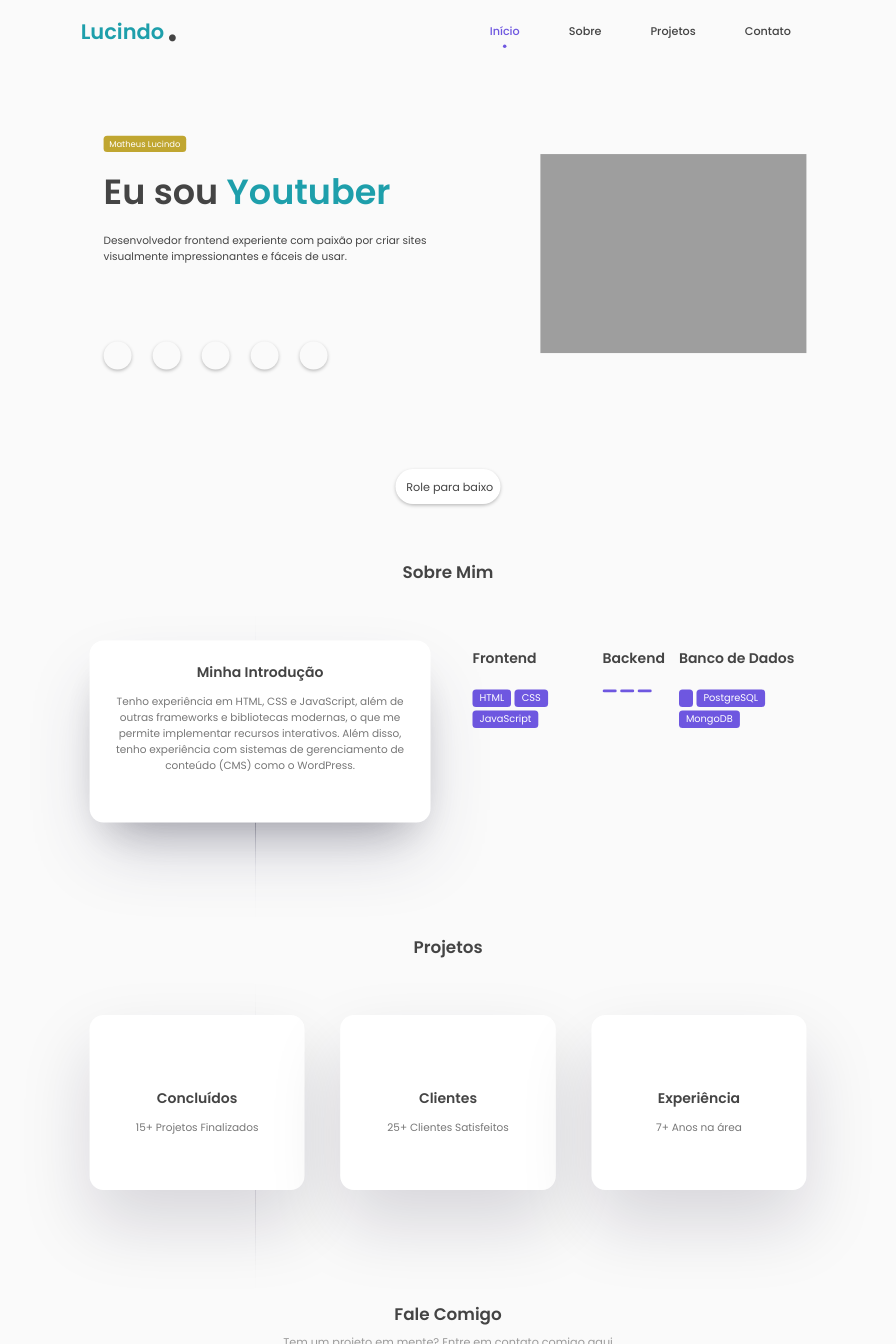
Repository: Matheus904-12/PrePortf
Page: index.html
The author's editor kept a copy of each file at every save. The page is drawn from the files as they stood at one save, then again after the next save.
The browser window is 1280 px wide. The pictures show the part of the page from y = 0 to 1920 px (the page is 2790 px tall), at 70% of full size.
Pictures or frames that could not be fetched are drawn as grey boxes. Some icons come from a web library that is not loaded, so they are not drawn.

Above is the page before, as saved 2023-09-29 10:54:24.

### index.html
<!DOCTYPE html>
<html lang="pt-br">

<head>
    <meta charset="UTF-8">
    <meta name="viewport" content="width=device-width, initial-scale=1.0">

    <!-- UNICONS -->
    <link rel="stylesheet" href="https://unicons.iconscout.com/release/v4.0.8/css/line.css">
    <!-- CSS -->
    <link rel="stylesheet" href="style.css">
    <!-- Adicionar favicon -->
    <link rel="shortcut icon" href="assets/images/favicon.png" type="image/x-icon">

    <title>Portfólio | Codingdev</title>
</head>

<body>
    <div class="container">
        <!-- --------------- CABEÇALHO --------------- -->
        <nav id="header">
            <div class="nav-logo">
                <p class="nav-name">Lucindo</p>
                <span>.</span>
            </div>
            <div class="nav-menu" id="myNavMenu">
                <ul class="nav_menu_list">
                    <li class="nav_list">
                        <a href="#home" class="nav-link active-link">Início</a>
                        <div class="circle"></div>
                    </li>
                    <li class="nav_list">
                        <a href="#about" class="nav-link">Sobre</a>
                        <div class="circle"></div>
                    </li>
                    <li class="nav_list">
                        <a href="#projects" class="nav-link">Projetos</a>
                        <div class="circle"></div>
                    </li>
                    <li class="nav_list">
                        <a href="#contact" class="nav-link">Contato</a>
                        <div class="circle"></div>
                    </li>
                </ul>
            </div>
            <div class="nav-menu-btn">
                <i class="uil uil-bars" onclick="myMenuFunction()"></i>
            </div>
        </nav>


        <!-- -------------- PRINCIPAL ---------------- -->
        <main class="wrapper">
            <!-- -------------- DESTAQUE ---------------- -->
            <section class="featured-box" id="home">
                <div class="featured-text">
                    <div class="featured-text-card">
                        <span>Matheus Lucindo</span>
                    </div>
                    <div class="featured-name">
                        <p>Eu sou <span class="typedText"></span></p>
                    </div>
                    <div class="featured-text-info">
                        <p>Desenvolvedor frontend experiente com paixão por criar sites visualmente
                            impressionantes e fáceis de usar.
                        </p>
                    </div>

                    <div class="social_icons">
                        <div class="icon"><i class="uil uil-instagram"></i></div>
                        <div class="icon"><i class="uil uil-linkedin-alt"></i></div>
                        <div class="icon"><i class="uil uil-twitter"></i></div>
                        <div class="icon"><i class="uil uil-github-alt"></i></div>
                        <div class="icon"><i class="uil uil-figma"></i></div> <!-- Adicionado ícone do Figma -->
                    </div>
                </div>
                <div class="featured-image">
                    <div class="image">
                        <img src="./perfil.png" alt="avatar">
                    </div>
                </div>
                <div class="scroll-icon-box">
                    <a href="#about" class="scroll-btn">
                        <i class="uil uil-mouse-alt"></i>
                        <p>Role para baixo</p>
                    </a>
                </div>

            </section>
            <!-- -------------- SOBRE ---------------- -->
            <section class="section" id="about">
                <div class="top-header">
                    <h1>Sobre Mim</h1>
                </div>
                <div class="row">
                    <div class="col">
                        <div class="about-info">
                            <h3>Minha Introdução</h3>
                            <p>Tenho experiência em HTML, CSS e JavaScript, além de outras frameworks e bibliotecas
                                modernas, o que me permite implementar recursos interativos. Além disso, tenho
                                experiência com sistemas de gerenciamento de conteúdo (CMS) como o WordPress.
                            </p>
                        </div>
                    </div>
                    <div class="col">
                        <div class="skills-box">
                            <div class="skills-header">
                                <h3>Frontend</h3>
                            </div>
                            <div class="skills-list">
                                <span>HTML</span>
                                <span>CSS</span>
                                <span>JavaScript</span>
                            </div>
                        </div>



                        <div class="skills-box">
                            <div class="skills-header">
                                <h3>Backend</h3>
                            </div>
                            <div class="skills-list">
                                <span></span>
                                <span></span>
                                <span></span>
                            </div>
                        </div>
                        <div class="skills-box">
                            <div class="skills-header">
                                <h3>Banco de Dados</h3>
                            </div>
                            <div class="skills-list">
                                <span></span>
                                <span>PostgreSQL</span>
                                <span>MongoDB</span>
                            </div>
                        </div>
                    </div>
                </div>
            </section>

            <!-- -------------- PROJETOS ---------------- -->

            <section class="section" id="projects">
                <div class="top-header">
                    <h1>Projetos</h1>
                </div>
                <div class="project-container">
                    <div class="project-box">
                        <i class="uil uil-briefcase-alt"></i>
                        <h3>Concluídos</h3>
                        <label>15+ Projetos Finalizados</label>
                    </div>
                    <div class="project-box">
                        <i class="uil uil-users-alt"></i>
                        <h3>Clientes</h3>
                        <label>25+ Clientes Satisfeitos</label>
                    </div>
                    <div class="project-box">
                        <i class="uil uil-award"></i>
                        <h3>Experiência</h3>
                        <label>7+ Anos na área</label>
                    </div>
                </div>
            </section>

            <!-- -------------- CONTATO ---------------- -->

            <section class="section" id="contact">
                <div class="top-header">
                    <h1>Fale Comigo</h1>
                    <span>Tem um projeto em mente? Entre em contato comigo aqui</span>
                </div>
                <div class="row">
                    <div class="col">
                        <div class="contact-info">
                            <h2>Me Encontre <i class="uil uil-corner-right-down"></i></h2>
                            <p><i class="uil uil-envelope"></i> Email: joao@doe.com</p>
                            <p><i class="uil uil-phone"></i> +55 11 91234-5678</p>
                        </div>
                    </div>
                    <div class="col">
                        <div class="form-control">
                            <div class="form-inputs">
                                <input type="text" class="input-field" placeholder="Nome">
                                <input type="text" class="input-field" placeholder="Email">
                            </div>
                            <div class="text-area">
                                <textarea placeholder="Mensagem"></textarea>
                            </div>
                            <div class="form-button">
                                <button class="btn">Enviar <i class="uil uil-message"></i></button>
                            </div>
                        </div>
                    </div>
                </div>
            </section>

        </main>


        <!-- --------------- RODAPÉ --------------- -->
        <footer>
            <div class="top-footer">
                <p>João Doe .</p>
            </div>
            <div class="middle-footer">
                <ul class="footer-menu">
                    <li class="footer_menu_list">
                        <a href="#home">Início</a>
                    </li>
                    <li class="footer_menu_list">
                        <a href="#about">Sobre</a>
                    </li>
                    <li class="footer_menu_list">
                        <a href="#projects">Projetos</a>
                    </li>
                    <li class="footer_menu_list">
                        <a href="#contact">Contato</a>
                    </li>
                </ul>
            </div>
            <div class="footer-social-icons">
                <div class="icon"><i class="uil uil-instagram"></i></div>
                <div class="icon"><i class="uil uil-linkedin-alt"></i></div>
                <div class="icon"><i class="uil uil-twitter"></i></div>
                <div class="icon"><i class="uil uil-github-alt"></i></div>
                <div class="icon"><i class="uil uil-figma"></i></div> <!-- Adicionado ícone do Figma -->
            </div>
            <div class="bottom-footer">
                <p>Direitos Autorais &copy; <a href="#home" style="text-decoration: none;">João Doe</a> - Todos os direitos
                    reservados
                </p>
            </div>
        </footer>

    </div>

    <!-- ----- TYPING JS Link ----- -->
    <script src="https://unpkg.com/typed.js@2.0.16/dist/typed.umd.js"></script>

    <!-- ----- SCROLL REVEAL JS Link----- -->
    <script src="https://unpkg.com/scrollreveal"></script>

    <!-- ----- MAIN JS ----- -->
    <script src="./script.js"></script>
</body>

</html>

### style.css
/* ----- POPPINS FONT Link ----- */
@import url('https://fonts.googleapis.com/css2?family=Poppins:wght@400;500;600;700&display=swap');

/* ----- VARIABLES ----- */
:root{
    --body-color: rgb(250, 250, 250);
    --color-white: rgb(255, 255, 255);

    --text-color-second: rgb(68, 68, 68);
    --text-color-third: rgb(30, 159, 171);

    --first-color: rgb(110, 87, 224);
    --first-color-hover: rgb(40, 91, 212);

    --second-color: rgb(110, 87, 224);
    --third-color: rgb(192, 166, 49);
    --first-shadow-color: rgba(0, 0, 0, 0.1);

}

/* ----- BASE ----- */
*{
    margin: 0;
    padding: 0;
    box-sizing: border-box;
    font-family: 'Poppins', sans-serif;
}

/* ----- SMOOTH SCROLL ----- */
html{
    scroll-behavior: smooth;
}

/* ----- CHANGE THE SCROLL BAR DESIGN ----- */
::-webkit-scrollbar{
    width: 10px;
    border-radius: 25px;
}
::-webkit-scrollbar-track{
    background: #f1f1f1;
}
::-webkit-scrollbar-thumb{
    background: #ccc;
    border-radius: 30px;
}
::-webkit-scrollbar-thumb:hover{
    background: #bbb;
}


/* ---##-- REUSABLE CSS --##--- */

/* ----- GLOBAL BUTTON DESIGN ----- */
.btn{
    font-weight: 500;
    padding: 12px 20px;
    background: #efefef;
    border: none;
    border-radius: 10px;
    cursor: pointer;
    transition: .4s;
}
.btn>i{
    margin-left: 10px;
}
.btn:hover{
    background: var(--second-color);
    color: var(--color-white);
}

/* ----- GLOBAL ICONS DESIGN ----- */
i{
    font-size: 16px;
}

/* ------- BASE -------- */
body{
    background: var(--body-color);
}
.container{
    width: 100%;
    position: relative;
    overflow-x: hidden; /* not mandatory */
}

/* ----- NAVIGATION BAR ----- */
nav{
    position: fixed;
    display: flex;
    justify-content: space-between;
    width: 100%;
    height: 90px;
    line-height: 90px;
    background: var(--body-color);
    padding-inline: 9vw;
    transition: .3s;
    z-index: 100;
}
.nav-logo{
   position: relative;
}
.nav-name{
    font-size: 30px;
    font-weight: 600;
    color: var(--text-color-third);
}
.nav-logo span{
    position: absolute;
    top: -15px;
    right: -20px;
    font-size: 5em;
    color: var(--text-color-second);
}
.nav-menu, .nav_menu_list{
    display: flex;
}
.nav-menu .nav_list{
    list-style: none;
    position: relative;
}
.nav-link{
    text-decoration: none;
    color: var(--text-color-second);
    font-weight: 500;
    padding-inline: 15px;
    margin-inline: 20px;
}
.nav-menu-btn{
    display: none;
}
.nav-menu-btn i{
    font-size: 28px;
    cursor: pointer;
}
.active-link{
    position: relative;
    color: var(--first-color);
    transition: .3;
}
.active-link::after{
    content: '';
    position: absolute;
    left: 50%;
    bottom: -15px;
    transform: translate(-50%, -50%);
    width: 5px;
    height: 5px;
    background: var(--first-color);
    border-radius: 50%;
}


/* ----- WRAPPER DESIGN ----- */
.wrapper{
    padding-inline: 10vw;
}

/* ----- FEATURED BOX ----- */
.featured-box{
    position: relative;
    display: flex;
    height: 100vh;
    min-height: 700px;
}

/* ----- FEATURED TEXT BOX ----- */
.featured-text{
    position: relative;
    display: flex;
    justify-content: center;
    align-content: center;
    min-height: 80vh;
    flex-direction: column;
    width: 50%;
    padding-left: 20px;
}
.featured-text-card span{
    background: var(--third-color);
    color: var(--color-white);
    padding: 3px 8px;
    font-size: 12px;
    border-radius: 5px;
}
.featured-name{
    font-size: 50px;
    font-weight: 600;
    color: var(--text-color-second);
    margin-block: 20px;
}
.typedText{
    text-transform: capitalize;
    color: var(--text-color-third);
}
.featured-text-info{
    font-size: 15px;
    margin-bottom: 30px;
    color: var(--text-color-second);
}
.featured-text-btn{
    display: flex;
    gap: 20px;
}
.featured-text-btn>.blue-btn{
    background: var(--first-color);
    color: var(--color-white);
}
.featured-text-btn>.blue-btn:hover{
    background: var(--first-color-hover);
}
.social_icons{
    display: flex;
    margin-top: 5em;
    gap: 30px;
}
.icon{
    display: flex;
    justify-content: center;
    align-items: center;
    width: 40px;
    height: 40px;
    border-radius: 50%;
    box-shadow: 0px 2px 5px 0px rgba(0, 0, 0, 0.25);
    cursor: pointer;
}
.icon:hover{
    color: var(--first-color);
}

/* ----- FEATURED IMAGE BOX ----- */
.featured-image{
    display: flex;
    justify-content: right;
    align-content: center;
    min-height: 80vh;
    width: 50%;
}
.image{
    margin: auto 0;
    width: 380px;
    height: 380px;
    animation: imgFloat 7s ease-in-out infinite;
}
.image img{
    width: 380px;
    height: 380px;
    object-fit: contain;
}
@keyframes imgFloat {
    50%{
        transform: translateY(10px);
    }
}
.scroll-btn{
   position: absolute;
   bottom: 0;
   left: 50%;
   translate: -50%;
   display: flex;
   justify-content: center;
   align-items: center;
   width: 150px;
   height: 50px;
   gap: 5px;
   text-decoration: none;
   color: var(--text-color-second);
   background: var(--color-white);
   border-radius: 30px;
   box-shadow: 0 2px 5px 0 rgba(0, 0, 0, 0.25);
}
.scroll-btn i{
    font-size: 20px;
}

/* ----- MAIN BOX ----- */
.section{
    padding-block: 5em;
}
.row{
    display: flex;
    justify-content: space-between;
    width: 100%;
    gap: 50px;
}
.col{
    display: flex;
    width: 50%;
}

/* -- ## --- RESUABLE CSS -- ## -- */
.top-header{
    text-align: center;
    margin-bottom: 5em;
}
.top-header h1{
    font-weight: 600;
    color: var(--text-color-second);
    margin-bottom: 10px;
}
.top-header span{
    color: #999;
}
h3{
    font-size: 20px;
    font-weight: 600;
    color: var(--text-color-second);
    margin-bottom: 15px;
}

/* ----- ABOUT INFO ----- */
.about-info{
    position: relative;
    display: flex;
    align-items: center;
    flex-direction: column;
    padding-block: 30px 70px;
    padding-inline: 20px;
    width: 100%;
    background: var(--color-white);
    box-shadow: rgba(50, 50, 93, 0.25) 0px 50px 100px -20px, rgba(0, 0, 0, 0.3) 0px 30px 60px -30px;
    border-radius: 20px;
}
.about-info p{
    text-align: center;
    font-size: 15px;
    color: #777;
}
.about-btn button{
    position: absolute;
    right: 20px;
    bottom: 20px;
    background: var(--first-color);
    color: var(--color-white);
    border-radius: 30px;
}
.about-btn button:hover{
    background: var(--first-color-hover);
}

/* ----- ABOUT / SKILLS BOX ----- */
.skills-box{
    margin: 10px;
}
.skills-header{
    margin-bottom: 30px;
}
.skills-list{
    display: flex;
    flex-wrap: wrap;
    gap: 5px;
}
.skills-list span{
    font-size: 14px;
    background: var(--first-color);
    color: var(--color-white);
    padding: 2px 10px;
    border-radius: 5px;
}

/* ----- PROJECTS BOX ----- */
.project-container{
    display: flex;
    width: 100%;
    justify-content: space-between;
    gap: 20px;
    flex-wrap: wrap;
}
.project-box{
    position: relative;
    display: flex;
    justify-content: center;
    align-items: center;
    flex-direction: column;
    width: 30%;
    height: 250px;
    background: var(--color-white);
    border-radius: 20px;
    box-shadow: rgba(17, 12, 46, 0.15) 0px 48px 100px 0px;
    overflow: hidden;
}
.project-box>i{
    font-size: 50px;
    color: #00B5E7;
    margin-bottom: 25px;
}
.project-box label{
    font-size: 15px;
    color: #777;
}
.project-box::after, .contact-info::after{
    content: "";
    position: absolute;
    bottom: -100%;
    background: var(--second-color);
    width: 100%;
    height: 100%;
    transition: .4s;
    z-index: 1;
}
.project-box:hover.project-box::after,
.contact-info:hover.contact-info::after{
    bottom: 0;
}
.project-box:hover.project-box i,
.project-box:hover.project-box>h3,
.project-box:hover.project-box>label{
    color: var(--color-white);
    z-index: 2;
}

/* ----- CONTACT BOX ----- */
.contact-info{
    position: relative;
    display: flex;
    flex-direction: column;
    justify-content: center;
    align-items: center;
    padding: 20px 30px;
    width: 100%;
    height: 315px;
    background: var(--second-color);
    border-radius: 10px;
    box-shadow: 1px 8px 10px 2px var(--first-shadow-color);
    overflow: hidden;
}
.contact-info>h2{
    color: var(--color-white);
    margin-bottom: 20px;
}
.contact-info>p{
    display: flex;
    align-items: center;
    gap: 10px;
    color: var(--color-white);
    margin-block: 5px;
}
.contact-info p>i{
    font-size: 18px;
}
.contact-info::after{
    background: var(--color-white);
}
.contact-info:hover.contact-info h2,
.contact-info:hover.contact-info p,
.contact-info:hover.contact-info i{
    color: #777;
    z-index: 2;
}

/* ----- CONTACT FORM ----- */
.form-control{
    display: flex;
    flex-direction: column;
    gap: 10px;
    width: 100%;
}
.form-inputs{
    display: flex;
    gap: 10px;
    width: 100%;
}
.input-field{
    width: 50%;
    height: 55px;
    background: transparent;
    border: 2px solid #AAA;
    border-radius: 10px;
    padding-inline: 20px;
    outline: none;
}
textarea{
    width: 100%;
    height: 250px;
    background: transparent;
    border: 2px solid #AAA;
    border-radius: 10px;
    padding: 15px 20px;
    outline: none;
    resize: none;
}
.form-button>.btn{
    display: flex;
    align-items: center;
    justify-content: center;
    background: var(--second-color);
    color: var(--color-white);
}
.form-button>.btn:hover{
    background: #00B5E7;
}
.form-button i{
    font-size: 18px;
    rotate: -45deg;
}

/* ----- FOOTER BOX ----- */
footer{
    display: flex;
    justify-content: center;
    align-items: center;
    flex-direction: column;
    row-gap: 30px;
    background: #F8F8F8;
    padding-block: 40px 60px;
}
.top-footer p{
    font-size: 25px;
    font-weight: 600;
}
.middle-footer .footer-menu{
    display: flex;
}
.footer_menu_list{
    list-style: none;
}
.footer_menu_list a{
    text-decoration: none;
    color: var(--text-color-second);
    font-weight: 500;
    margin-inline: 20px;
}
.footer-social-icons{
    display: flex;
    gap: 30px;
}
.bottom-footer{
    font-size: 14px;
    margin-top: 10px;
}


/* ----- MEDIA QUERY == 1024px / RESPONSIVE ----- */
@media only screen and (max-width: 1024px){
    .featured-text{
        padding: 0;
    }
    .image, .image img{
        width: 320px;
        height: 320px;
    }
}

/* ----- MEDIA QUERY == 900px / RESPONSIVE ----- */
@media only screen and (max-width: 900px) {
    .nav-button{
        display: none;
    }
    .nav-menu.responsive{
        left: 0;
    }
    .nav-menu{
        position: fixed;
        top: 80px;
        left: -100%;
        flex-direction: column;
        justify-content: center;
        align-items: center;
        background: rgba(255, 255, 255, 0.7);
        backdrop-filter: blur(20px);
        width: 100%;
        min-height: 450px;
        height: 90vh;
        transition: .3s;
    }
    .nav_menu_list{
        flex-direction: column;
    }
    .nav-menu-btn{
        display: flex;
        align-items: center;
        justify-content: center;
    }
    .featured-box{
        flex-direction: column;
        justify-content: center;
        height: 100vh;
    }
    .featured-text{
        width: 100%;
        order: 2;
        justify-content: center;
        align-content: flex-start;
        min-height: 60vh;
    }
    .social_icons{
        margin-top: 2em;
    }
    .featured-image{
        order: 1;
        justify-content: center;
        min-height: 150px;
        width: 100%;
        margin-top: 65px;
    }
    .image, .image img{
        width: 150px;
        height: 150px;
    }
    .row{
        display: flex;
        flex-direction: column;
        justify-content: center;
        gap: 50px;
    }
    .col{
        display: flex;
        justify-content: center;
        width: 100%;
    }
    .about-info, .contact-info{
        width: 100%;
    }
    .project-container{
        justify-content: center;
    }
    .project-box{
        width: 80%;
    }

}

/* ----- MEDIA QUERY == 540px / RESPONSIVE ----- */

@media only screen and (max-width: 540px){
    .featured-name{
        font-size: 40px;
    }
    .project-box{
        width: 100%;
    }
    .form-inputs{
        flex-direction: column;
    }
    .input-field{
        width: 100%;
    }
}

Loaded but not shown: script.js (117 lines, source omitted)

After the next save:
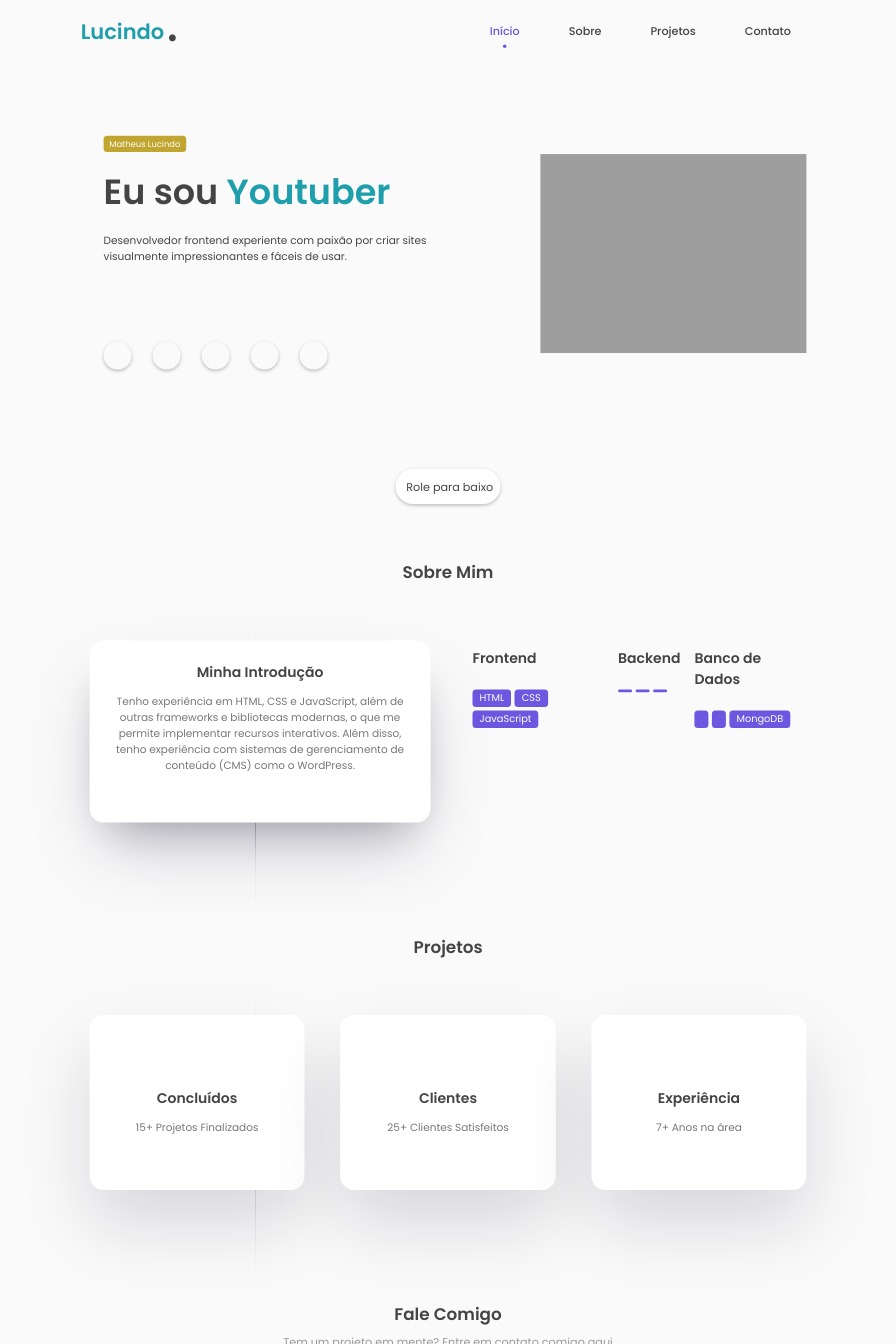
Saved 5 s later.
--- a/index.html
+++ b/index.html
@@ -132,7 +132,7 @@
                             </div>
                             <div class="skills-list">
                                 <span></span>
-                                <span>PostgreSQL</span>
+                                <span></span>
                                 <span>MongoDB</span>
                             </div>
                         </div>
